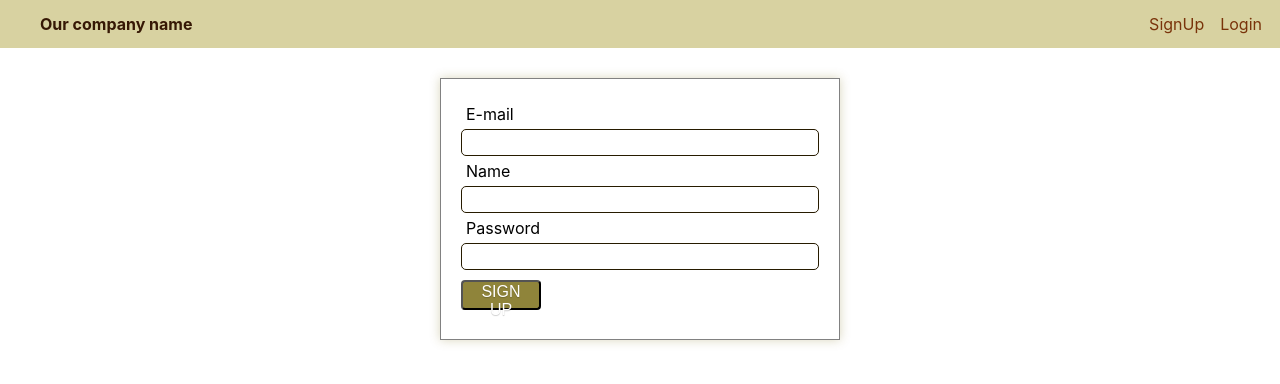
Repository: Zhabskyi/weather-aplication
Page: /sign-up
An editor plug-in stored every save of this project. The page is shown before and after the next save, followed by the edit.
The browser window is 1280 px wide. The pictures show the whole page.
The project was rebuilt for these pictures with package versions that can differ from the ones it lists, and the page was loaded fresh each time. Also part of the build but not shown: src/components/login/Login.css, src/components/login/loginForm/LoginForm.jsx, src/components/login/LogIn.jsx, src/containers/App.css.

Above is the page before, as saved 2018-12-22 19:42:09.

After the next save:
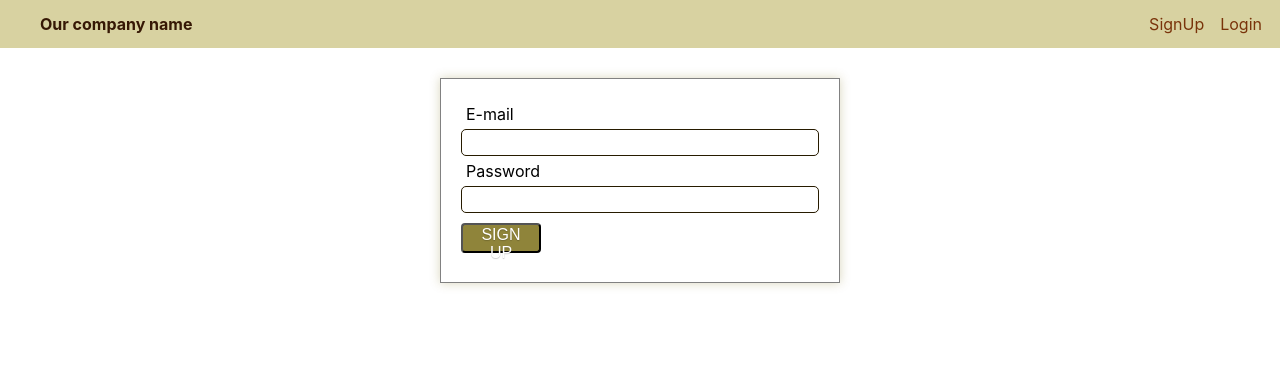
Saved 2 s later.
--- a/src/components/sign-up/signUpForm/SignUpForm.jsx
+++ b/src/components/sign-up/signUpForm/SignUpForm.jsx
@@ -1,5 +1,5 @@
 import React from 'react';
-
+import classnames from 'classnames';
 class SignUpForm extends React.Component {
   state = {
     email: '',
@@ -54,24 +54,11 @@ class SignUpForm extends React.Component {
 	};
 
   render() {
-		let inputEmailClass = 'sign-in__container__input';
-		let inputNameClass = 'sign-in__container__input';
-		let inputPasswordClass = 'sign-in__container__input';
+		const {isEmail, isName, isPassword} = this.state;
+		let inputEmailClass = classnames('sign-in__container__input', {'input-error': isEmail});
+		let inputNameClass = classnames('sign-in__container__input', {'input-error': isName});
+		let inputPasswordClass = classnames('sign-in__container__input', {'input-error': isPassword});
 
-    if (this.state.isEmail) {
-      inputEmailClass += ' input-error';
-		}
-
-		if (this.state.isName) {
-      inputNameClass += ' input-error';
-		}
-
-		if (this.state.isPassword) {
-      inputPasswordClass += ' input-error';
-		}
-
-		//console.log(this.props.errors);
-		//console.log(this.props.inputClass);
     return <form onSubmit={this.handleFormSignIn}>
       <div className='sign-in__container'>
         <label className='sign-in__container__label' htmlFor='email'>E-mail</label>
@@ -81,17 +68,8 @@ class SignUpForm extends React.Component {
 					value={this.state.email}
 					type="email"
 					id='email'/>
+      </div>
 
-      </div>
-      <div className='sign-in__container'>
-        <label className='sign-in__container__label' htmlFor='name'>Name</label>
-				<input className={inputNameClass}
-					onChange={this.chnageHandler('name')}
-					onBlur={this.lengthChecker('isName')}
-					value={this.state.name}
-					type="text"
-					id='name'/>
-      </div>
       <div className='sign-in__container'>
         <label className='sign-in__container__label' htmlFor='password'>Password</label>
 				<input className={inputPasswordClass}
